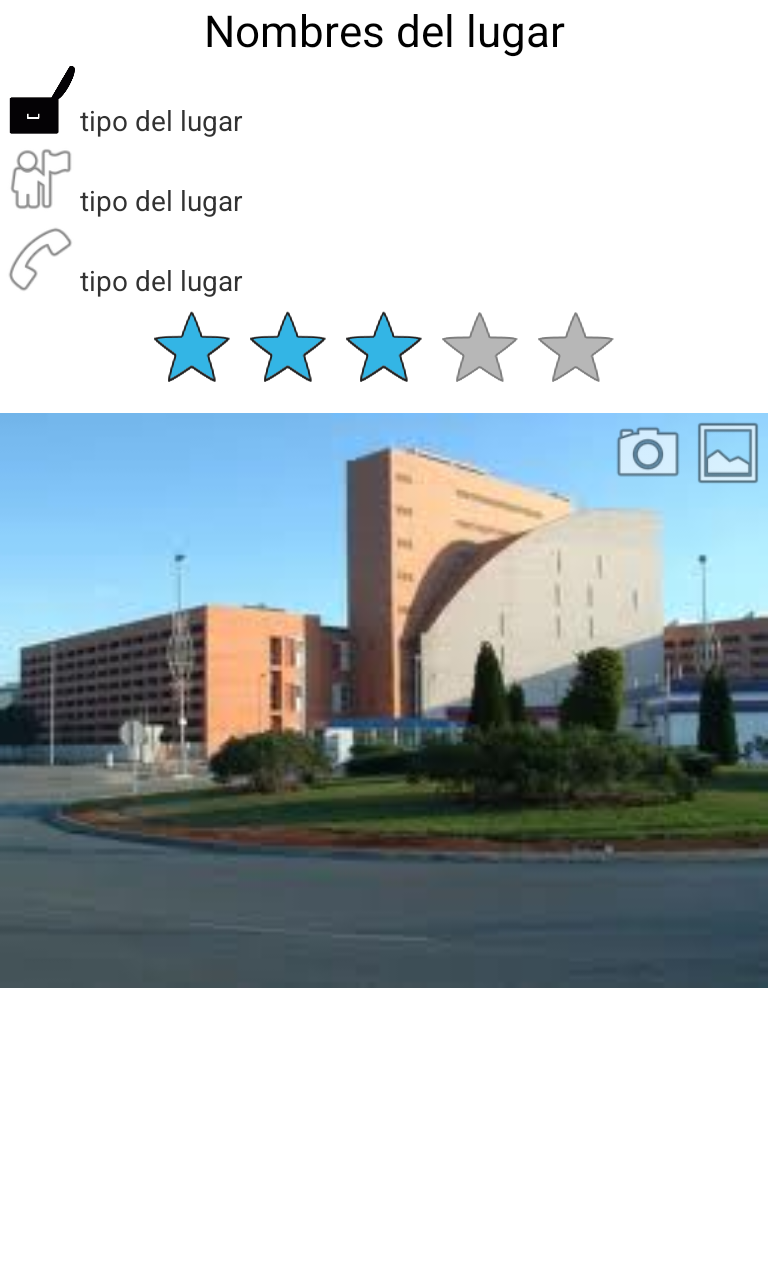
Repository: sayantjm/CursoAndroid
Layout: MisLugares/res/layout/vista_lugar.xml
An editor plug-in stored every save of this project. The layout is shown before and after the next save, followed by the edit.
It is drawn on a 768 x 1280 px phone screen (xhdpi) without system bars, with theme AppTheme; the app's code is not run.

Above is the layout before, as saved 2014-03-25 20:12:34.

After the next save:
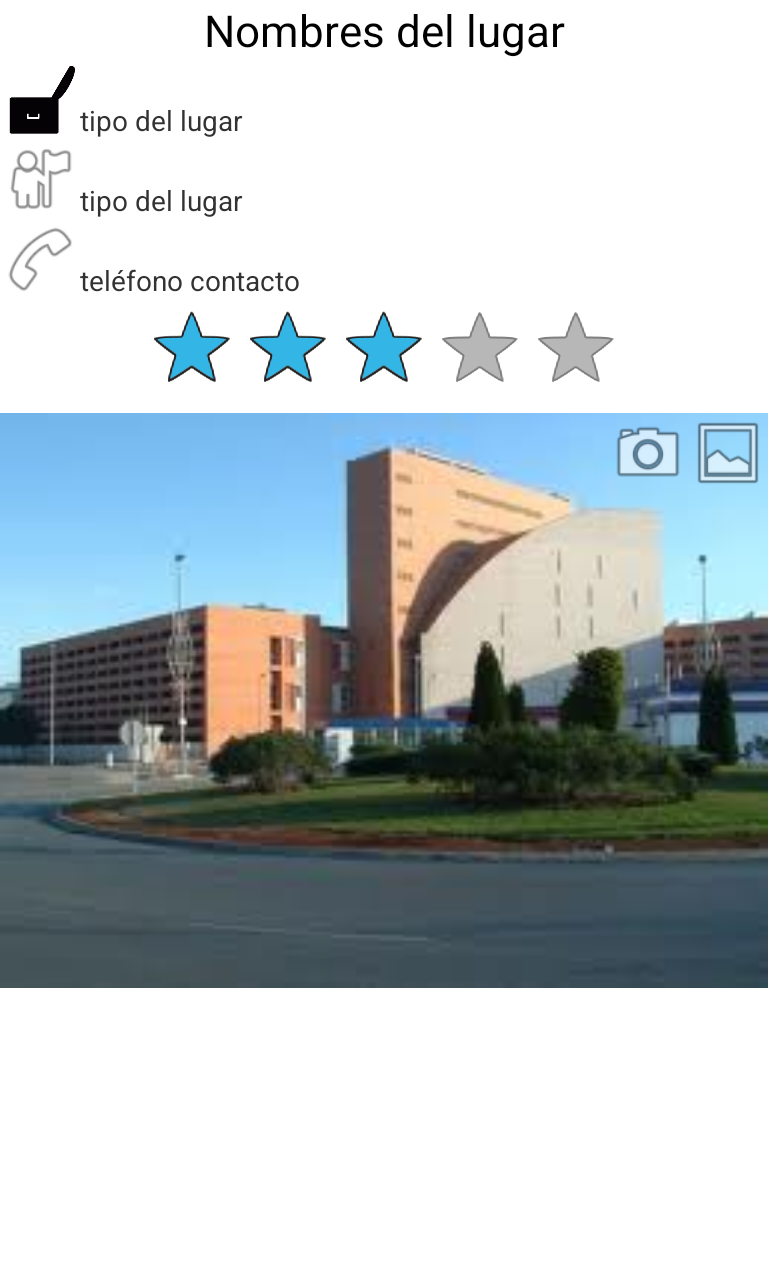
Saved 29 s later.
--- a/MisLugares/res/layout/vista_lugar.xml
+++ b/MisLugares/res/layout/vista_lugar.xml
@@ -63,18 +63,18 @@
             android:orientation="horizontal" >
 
             <ImageView
-                android:id="@+id/telefono"
+                android:id="@+id/logo_telefono"
                 android:layout_width="40dp"
                 android:layout_height="40dp"
                 android:contentDescription="logo del telefono"
                 android:src="@android:drawable/ic_menu_call" />
 
             <TextView
-                android:id="@+id/tipo"
+                android:id="@+id/telefono"
                 android:layout_width="match_parent"
                 android:layout_height="wrap_content"
                 android:layout_gravity="bottom"
-                android:text="tipo del lugar" />
+                android:text="teléfono contacto" />
         </LinearLayout>
 
         <RatingBar
